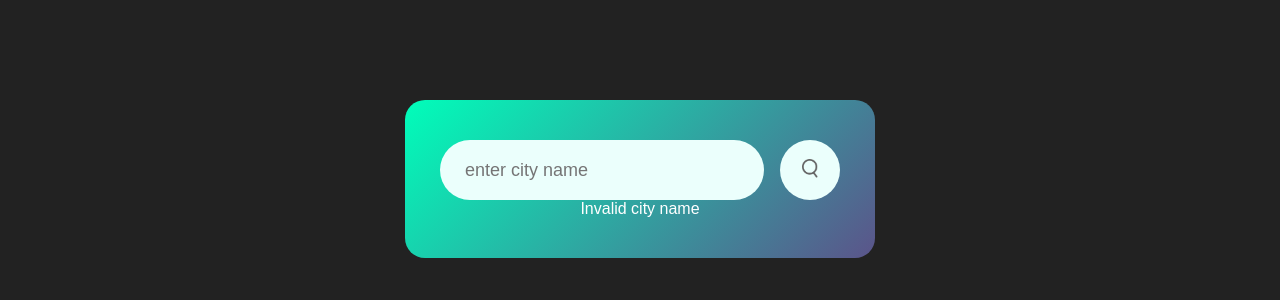
Repository: Alphosmart/weather
Page: index.html
These files come from the project's save history. The page is drawn as it stood at one moment and after the next save; the edit follows.
The browser window is 1280 px wide. The pictures show the whole page.

Above is the page before, as saved 2024-07-17 21:53:55.

After the next save:
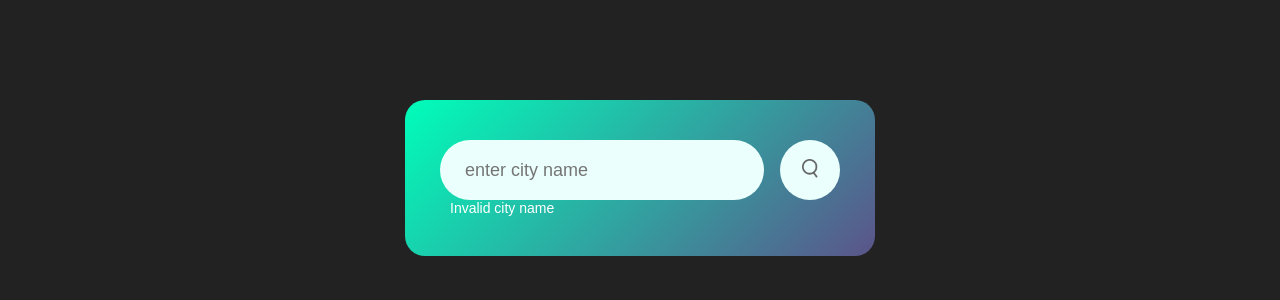
Saved 29 s later.
--- a/style.css
+++ b/style.css
@@ -100,4 +100,7 @@ wind {
 }
 
 .error {
+  text-align: left;
+  margin-left: 10px;
+  font-size: 14px;
 }
